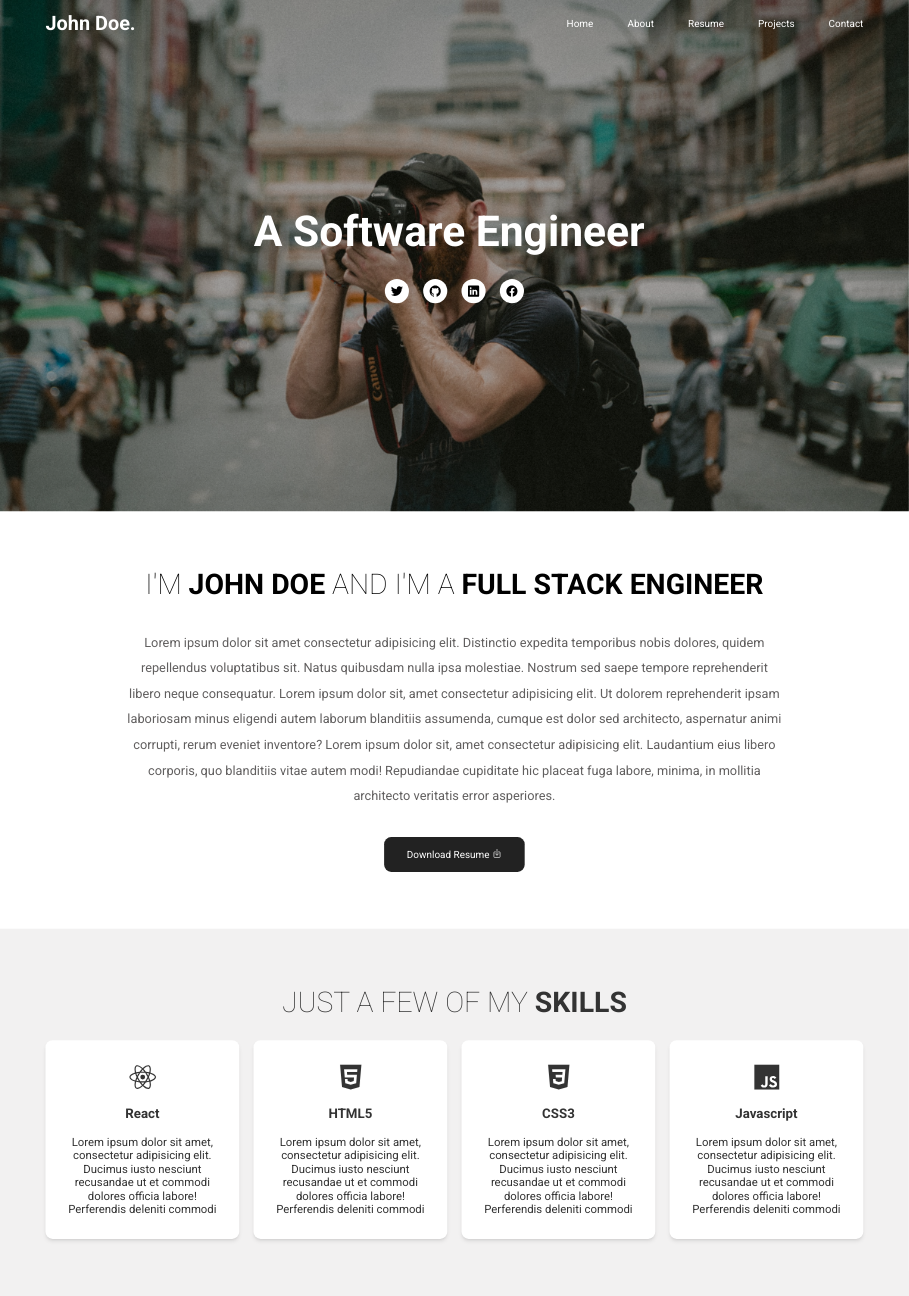
Repository: DevAntonioRogers/portfolio-tutorial
Page: index.html
These files come from the project's save history. The page is drawn as it stood at one moment and after the next save; the edit follows.
The browser window is 1280 px wide. The pictures show the whole page, at 71% of full size.
Backgrounds fixed to the window are drawn as part of the page.

Above is the page before, as saved 2023-11-01 07:13:38.

### index.html
<!DOCTYPE html>
<html lang="en">
  <head>
    <meta charset="UTF-8" />
    <meta
      name="viewport"
      content="width=device-width, initial-scale=1.0"
    />
    <script src="https://unpkg.com/typed.js@2.0.16/dist/typed.umd.js"></script>
    <script
      type="module"
      src="https://unpkg.com/ionicons@7.1.0/dist/ionicons/ionicons.esm.js"
    ></script>
    <script
      nomodule
      src="https://unpkg.com/ionicons@7.1.0/dist/ionicons/ionicons.js"
    ></script>
    <link rel="stylesheet" href="./styles/main.css" />
    <title>John Doe Portfolio</title>
  </head>
  <body>
    <!-------- NAVBAR --------->
    <header>
      <nav role="navigation" aria-label="Navigation">
        <div class="container navbar">
          <h1>John Doe.</h1>

          <ul class="nav-menu">
            <li><a href="#home">Home</a></li>
            <li><a href="#about">About</a></li>
            <li><a href="#resume">Resume</a></li>
            <li><a href="#projects">Projects</a></li>
            <li><a href="#contact">Contact</a></li>
          </ul>

          <button
            aria-label="Toggle Mobile Menu"
            class="hamburger"
          >
            <span class="bar"></span>
            <span class="bar"></span>
            <span class="bar"></span>
          </button>
        </div>
      </nav>
    </header>

    <main>
      <!--HERO SECTION -->
      <section id="home" class="hero">
        <div class="hero-overlay"></div>
        <div class="container hero-content">
          <div class="hero-text">
            <h2 id="typed-text"></h2>
          </div>

          <div
            class="hero-socials"
            aria-label="Social Media Links"
          >
            <a href="#" aria-label="Twitter Link"
              ><ion-icon name="logo-twitter"></ion-icon
            ></a>
            <a href="#" aria-label="Github Link"
              ><ion-icon name="logo-github"></ion-icon
            ></a>
            <a href="#" aria-label="LinkedIn Link"
              ><ion-icon name="logo-linkedin"></ion-icon
            ></a>
            <a href="#" aria-label="Facebook Link"
              ><ion-icon name="logo-facebook"></ion-icon
            ></a>
          </div>
        </div>
      </section>

      <!--ABOUT SECTION-->
      <section class="about" id="about">
        <div class="container">
          <h1>
            I'm <strong>John Doe</strong> and I'm a
            <strong>full stack engineer</strong>
          </h1>

          <div class="about-info">
            <p>
              Lorem ipsum dolor sit amet consectetur
              adipisicing elit. Distinctio expedita
              temporibus nobis dolores, quidem repellendus
              voluptatibus sit. Natus quibusdam nulla ipsa
              molestiae. Nostrum sed saepe tempore
              reprehenderit libero neque consequatur. Lorem
              ipsum dolor sit, amet consectetur adipisicing
              elit. Ut dolorem reprehenderit ipsam
              laboriosam minus eligendi autem laborum
              blanditiis assumenda, cumque est dolor sed
              architecto, aspernatur animi corrupti, rerum
              eveniet inventore? Lorem ipsum dolor sit, amet
              consectetur adipisicing elit. Laudantium eius
              libero corporis, quo blanditiis vitae autem
              modi! Repudiandae cupiditate hic placeat fuga
              labore, minima, in mollitia architecto
              veritatis error asperiores.
            </p>
          </div>

          <button
            class="about-button"
            aria-label="Download Resume Button"
          >
            Download Resume
            <ion-icon
              name="download-outline"
              aria-hidden="true"
            ></ion-icon>
          </button>
        </div>
      </section>

      <!--SKILLS SECTION-->
      <section class="skills" id="skills">
        <h1>Just a few of my <strong>skills</strong></h1>
        <div class="container skill-grid">
          <div class="skill">
            <ion-icon
              name="logo-react"
              class="skill-icon"
              aria-hidden="true"
            ></ion-icon>
            <h3>React</h3>
            <p>
              Lorem ipsum dolor sit amet, consectetur
              adipisicing elit. Ducimus iusto nesciunt
              recusandae ut et commodi dolores officia
              labore! Perferendis deleniti commodi
            </p>
          </div>
          <div class="skill">
            <ion-icon
              name="logo-html5"
              class="skill-icon"
              aria-hidden="true"
            ></ion-icon>
            <h3>HTML5</h3>
            <p>
              Lorem ipsum dolor sit amet, consectetur
              adipisicing elit. Ducimus iusto nesciunt
              recusandae ut et commodi dolores officia
              labore! Perferendis deleniti commodi
            </p>
          </div>
          <div class="skill">
            <ion-icon
              name="logo-CSS3"
              class="skill-icon"
              aria-hidden="true"
            ></ion-icon>
            <h3>CSS3</h3>
            <p>
              Lorem ipsum dolor sit amet, consectetur
              adipisicing elit. Ducimus iusto nesciunt
              recusandae ut et commodi dolores officia
              labore! Perferendis deleniti commodi
            </p>
          </div>
          <div class="skill">
            <ion-icon
              name="logo-javascript"
              class="skill-icon"
              aria-hidden="true"
            ></ion-icon>
            <h3>Javascript</h3>
            <p>
              Lorem ipsum dolor sit amet, consectetur
              adipisicing elit. Ducimus iusto nesciunt
              recusandae ut et commodi dolores officia
              labore! Perferendis deleniti commodi
            </p>
          </div>
        </div>
      </section>
    </main>

    <script src="./app.js"></script>
  </body>
</html>

### styles/main.css
@import url("https://fonts.googleapis.com/css2?family=Roboto:wght@100;400;500;700&display=swap");
@import url(./navbar.css);
@import url(./hero.css);
@import url(./about.css);
@import url(./skills.css);
@import url(./resume.css);

* {
  box-sizing: border-box;
  padding: 0;
  margin: 0;
  font-family: "Roboto", sans-serif;
}

html {
  scroll-behavior: smooth;
}

li {
  list-style: none;
}

a {
  text-decoration: none;
  color: inherit;
}

button {
  outline: none;
  border: none;
  background: inherit;
}

.container {
  width: 90%;
  margin: 0 auto;
  max-width: 1400px;
  height: 100%;
}

article {
  padding: 20px 0;
  display: flex;
  flex-direction: column;
  gap: 10px;
  border: solid 1px #dad9d9;
}

### app.js
//NAVBAR

const hamburger = document.querySelector('.hamburger')
const navMenu = document.querySelector('.nav-menu')
const body = document.querySelector('body')
const navLinks = navMenu.querySelectorAll('li');

hamburger.addEventListener('click', () => {
  hamburger.classList.toggle('active')
  navMenu.classList.toggle('active')
  body.classList.toggle("no-scroll")
})

function closeMenu() {
  hamburger.classList.remove('active')
  navMenu.classList.remove('active')
  body.classList.remove("no-scroll")
}

navLinks.forEach((link) => {
  link.addEventListener('click', closeMenu)
})

//TYPING DELETING TEXT
function initTypedText() {
  const options = {
    strings: [
      "Hello, I'm John Doe",
      "A Software Engineer",
      "From New York",
    ],
    typeSpeed: 50,
    backSpeed: 30,
    backDelay: 1000,
    startDelay: 500,
    loop: true,
  }
  const typed = new Typed("#typed-text", options)
}

initTypedText()

### styles/navbar.css
nav {
  background-color: transparent;
  position: fixed;
  width: 100%;
  z-index: 999;
  top: 0;
  left: 0;
  padding: 1rem 0;
}

.navbar {
  display: flex;
  justify-content: space-between;
  align-items: center;
}

.navbar h1 {
  color: white;
  font-size: 28px;
}

.nav-menu {
  display: flex;
  gap: 3rem;
  align-items: center;
}

.nav-menu li {
  font-size: 14px;
  color: white;
}

.bar {
  background-color: white;
  display: block;
  width: 23px;
  height: 2px;
  margin: 5px auto;
  transition: all 0.3s ease-in-out;
}

.hamburger {
  display: none;
  z-index: 999;
}

@media only screen and (max-width: 768px) {
  .hamburger {
    display: block;
  }

  .nav-menu {
    position: fixed;
    top: 0;
    right: 0;
    width: 100%;
    height: 100%;
    flex-direction: column;
    align-items: center;
    background-color: black;
    padding: 20px 0;
    z-index: 10;
    transition: 0.3s ease-in-out;
    gap: 5rem;
    padding-top: 6rem;
    left: -100%;
  }

  .nav-menu.active {
    left: 0;
  }

  .hamburger.active .bar:nth-child(2) {
    opacity: 0;
  }

  .hamburger.active .bar:nth-child(1) {
    transform: translateY(8px) rotate(45deg);
  }

  .hamburger.active .bar:nth-child(3) {
    transform: translatey(-6px) rotate(-45deg);
  }
}

### styles/hero.css
.hero {
  position: relative;
  height: 100vh;
  background: url(/assets/hero.jpg);
  background-size: cover;
  z-index: 1;
  background-attachment: fixed;
}

.hero-overlay {
  position: absolute;
  width: 100%;
  height: 100%;
  background-color: #0000005e;
  top: 0;
  left: 0;
  z-index: 1;
}

.hero-content {
  display: flex;
  gap: 2rem;
  flex-direction: column;
  align-items: center;
  justify-content: center;
  position: relative;
  z-index: 2;
  color: white;
}

.hero-socials {
  display: flex;
  align-items: center;
  gap: 20px;
}

.hero-socials ion-icon {
  background-color: white;
  color: black;
  padding: 8px;
  border-radius: 100%;
  font-size: 18px;
}

.hero-text {
  display: flex;
}

.hero-content h2 {
  font-size: 60px;
}

.typed-cursor {
  font-size: 60px;
  opacity: 1;
}

@media only screen and (max-width: 650px) {
  .hero-content h2 {
    font-size: 30px;
  }

  .typed-cursor {
    font-size: 30px;
    opacity: 1;
  }
}

### styles/about.css
.about {
  padding: 5rem 0;
  text-align: center;
}

.about-info {
  display: flex;
  gap: 20px;
  margin: 40px 0;
}

.about h1 {
  font-weight: 100;
  font-size: 40px;
  text-transform: uppercase;
}

.about p {
  font-size: 18px;
  color: rgb(97, 95, 95);
  line-height: 2;
  max-width: 80%;
  margin: 0 auto;
}

.about-button {
  padding: 1rem 2rem;
  background: #222;
  color: white;
  border: none;
  border-radius: 10px;
  font-size: 14px;
  cursor: pointer;
}

.about-button:hover {
  background-color: black;
  transition: 0.3s ease-in-out;
}

### styles/skills.css
.skills {
  background-color: rgb(242, 241, 241);
  padding: 5rem 0;
  color: #333;
  text-align: center;
}

.skills h1 {
  font-weight: 100;
  font-size: 40px;
  text-transform: uppercase;
  margin-bottom: 30px;
}

.skill-grid {
  display: grid;
  grid-template-columns: repeat(4, minmax(0, 1fr));
  gap: 20px;
}

.skill {
  display: flex;
  flex-direction: column;
  justify-content: center;
  align-items: center;
  text-align: center;
  padding: 2rem;
  gap: 20px;
  border-radius: 10px;
  background-color: white;
  box-shadow: 0 4px 6px -1px rgb(0 0 0 / 0.1),
    0 2px 4px -2px rgb(0 0 0 / 0.1);
}

.skill-icon {
  font-size: 40px;
}

@media only screen and (max-width: 992px) {
  .skill-grid {
    grid-template-columns: repeat(2, minmax(0, 1fr));
  }
}

@media only screen and (max-width: 768px) {
  .skill-grid {
    grid-template-columns: repeat(1, minmax(0, 1fr));
  }
}

/* @media only screen and (max-width: 480px) {
  .skills h1 {
    font-size: 30px;
  }
} */

Loaded but not shown: styles/resume.css (no stored copy; drawn as an empty file)

After the next save:
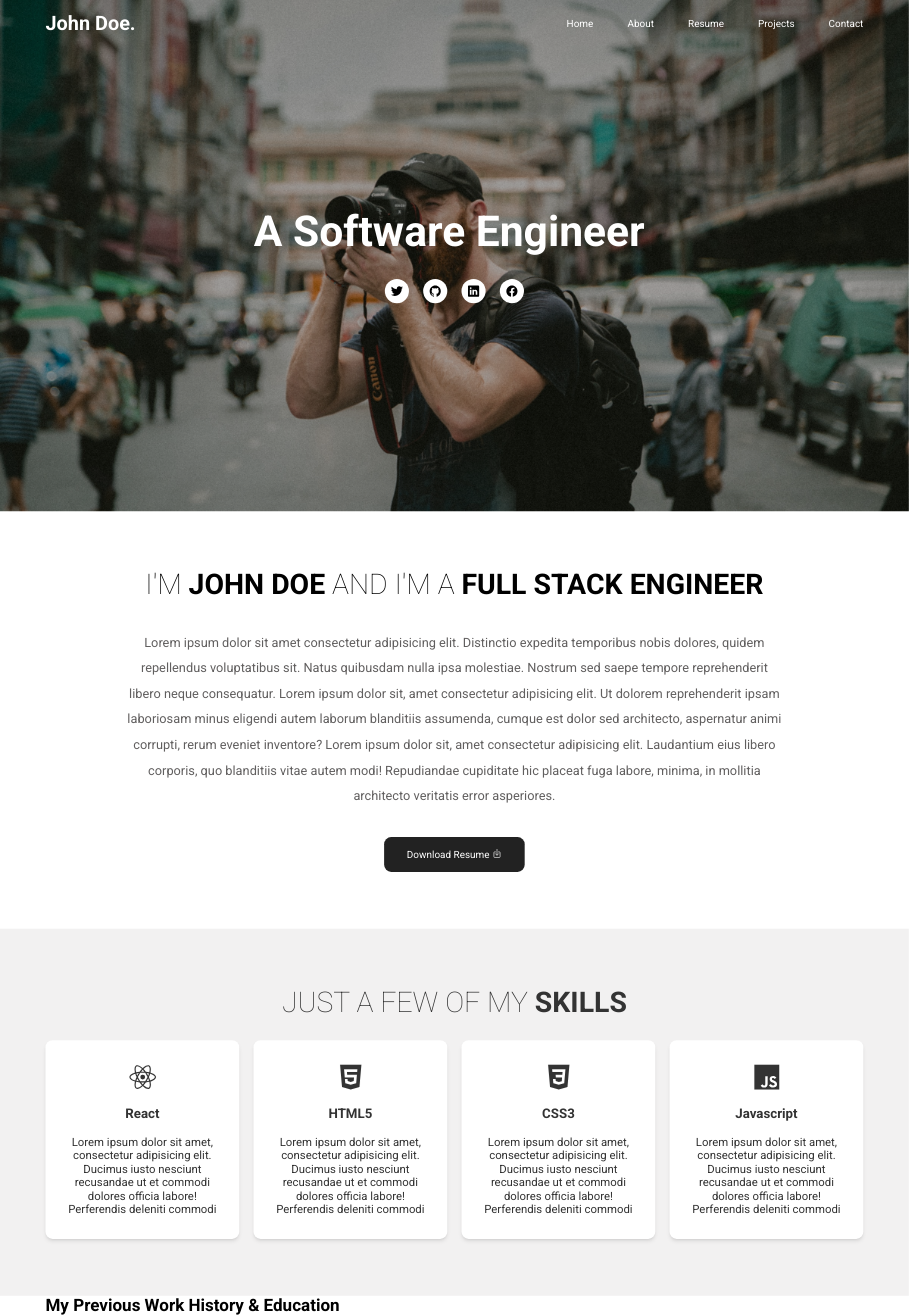
Saved 86 s later.
--- a/index.html
+++ b/index.html
@@ -179,6 +179,16 @@
           </div>
         </div>
       </section>
+
+      <!--RESUME-->
+      <section class="resume" id="resume">
+        <div class="container">
+          <h1>
+            My Previous <strong>Work</strong> History &
+            <strong>Education</strong>
+          </h1>
+        </div>
+      </section>
     </main>
 
     <script src="./app.js"></script>
